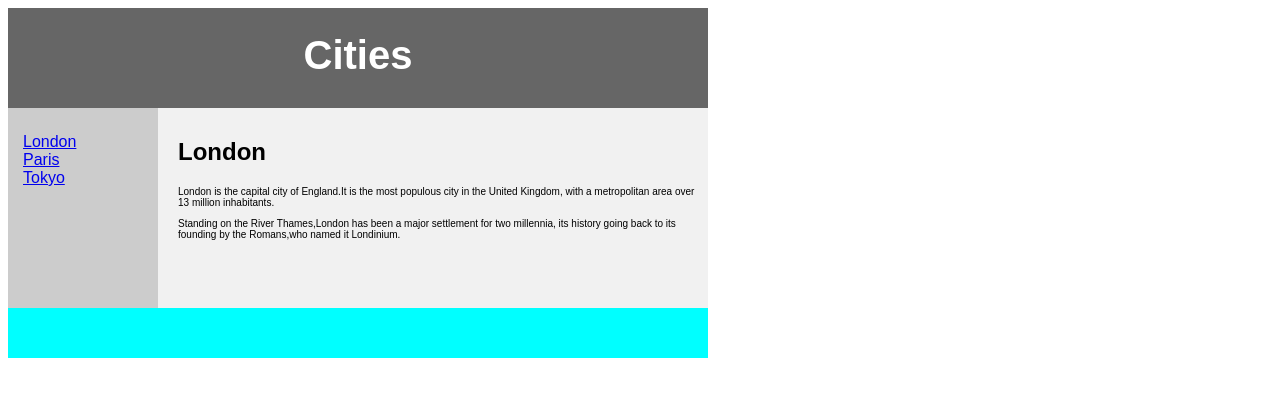
Repository: LongNguyen2504/T3H-FrondEnd
Page: Lesson3_CSS_HomeWork1.html
The author's editor kept a copy of each file at every save. The page is drawn from the files as they stood at one save, then again after the next save.
The browser window is 1280 px wide. The pictures show the whole page.

Above is the page before, as saved 2021-12-01 18:13:53.

### Lesson3_CSS_HomeWork1.html
<!DOCTYPE html>
<html lang="en">
<head>
    <meta charset="UTF-8">
    <meta http-equiv="X-UA-Compatible" content="IE=edge">
    <meta name="viewport" content="width=device-width, initial-scale=1.0">
    <title>Document</title>
    <link rel="stylesheet" href="Lesson3_CSS_HomeWork1.css">
</head>
<body>
    <div class="ancestor-div" >
        <div class="city-div"  >
            <div class="div-text-city">Cities</div>
        </div>
        <div class="left-column">
            <div3 class="list">
                <li class="first-list"><a href="#1">London</a></li>
                <li class="first-list"><a href="#3">Paris</a></li>
                <li class="first-list"><a href="#2">Tokyo</a></li>
            </div3>
        </div>
        <div class="right-column">
            <div class="paragraph">
                <h2 class="header-London">London</h2>
                <p class="London-paragraph">
                    London is the capital city of England.It is the most populous city in
                    the United Kingdom, with a metropolitan area over 13 million inhabitants.
                </p>
                <p class="London-paragraph">
                    Standing on the River Thames,London has been a major settlement for two millennia,
                    its history going back to its founding by the Romans,who named it Londinium.
                </p>
            </div>
        </div>
    </div>

</body>
</html>

### Lesson3_CSS_HomeWork1.css
div.ancestor-div{
    background-color: aqua;
    width: 700px; height: 350px;

    font-family: Arial, Helvetica, sans-serif;
}
div.city-div{
    background-color: #666666;

    /* height: 80px; */
    color: white;
    height: 100px;

}
div.div-text-city{
    text-align:  center;
    font-size: 40px;
    position: relative;
    top: 25px;
    font-weight: bold;
}
div.left-column{
    width: 150px;
    height: 200px;
    background-color: #cccccc;
    /* display: inline-block; */
}
li.first-list{
    position: relative;
    top: 25px;
    left: 15px;
    list-style-type: none;

}
div.right-column{
    /* display: inline-block; */
    /* margin-left: 25px ; */
    background-color: #f1f1f1 ;
    width: 550px;
    height: 200px;
    position: relative;
    left: 150px;
    bottom: 220px;
}
div.paragraph{
    position: relative;
    top: 30px;
    margin-left: 20px;
}
p.London-paragraph{
    font-size: 10px;
}

After the next save:
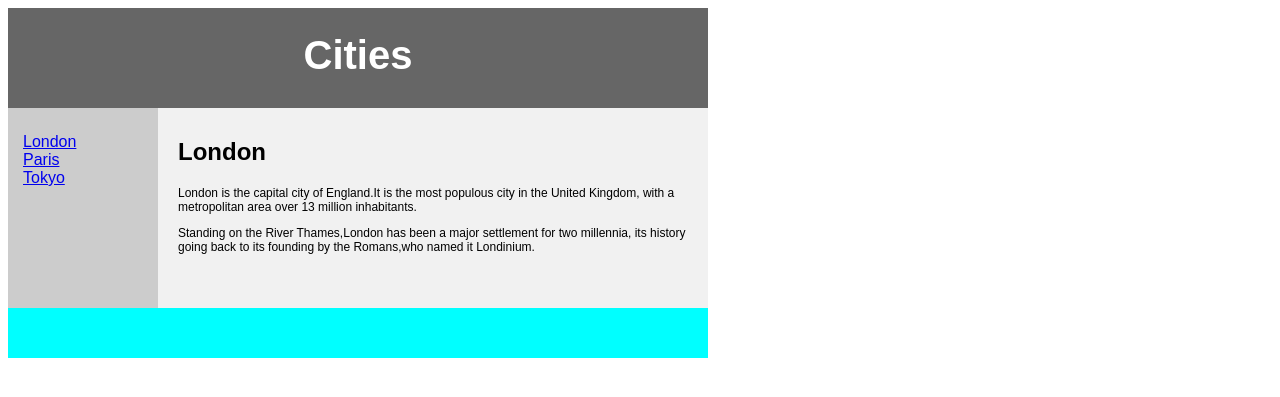
Saved 13 s later.
--- a/Lesson3_CSS_HomeWork1.css
+++ b/Lesson3_CSS_HomeWork1.css
@@ -48,5 +48,5 @@ div.paragraph{
     margin-left: 20px;
 }
 p.London-paragraph{
-    font-size: 10px;
+    font-size: 12px;
 }
